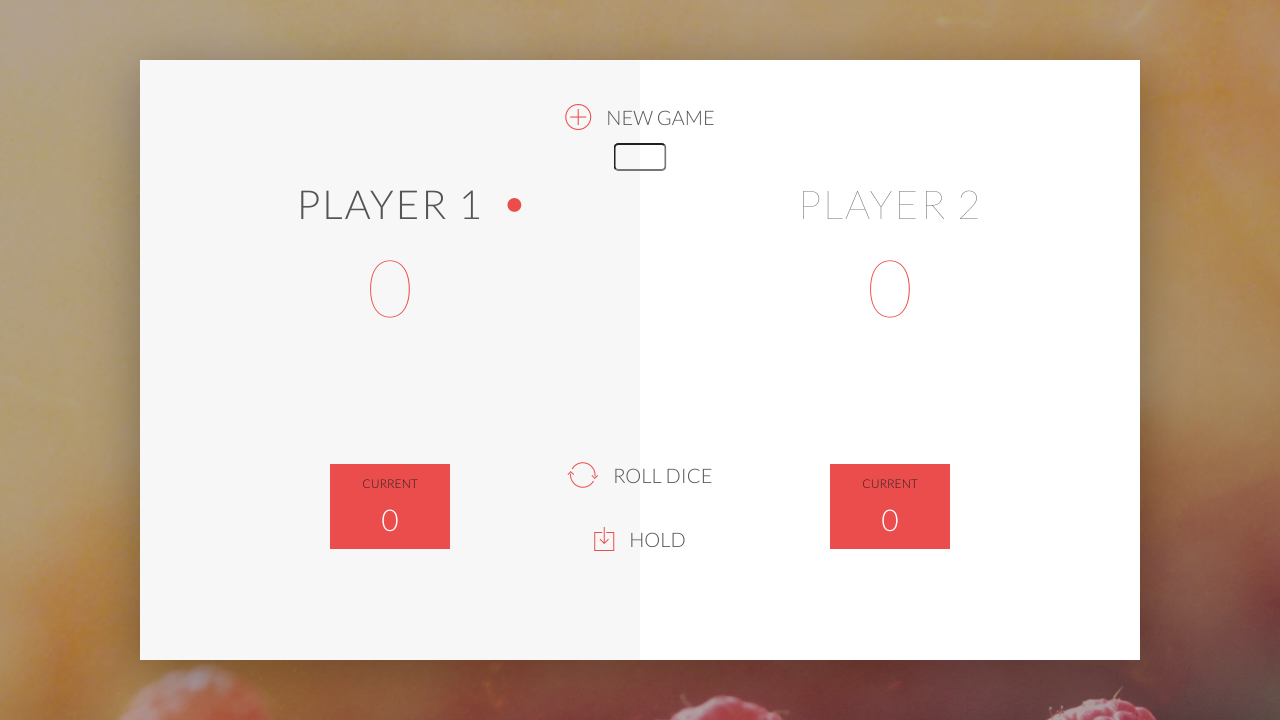
Repository: hexanek/hexanek.github.io
Page: pig-game/index.html
An editor plug-in stored every save of this project. The page is shown before and after the next save, followed by the edit.
The browser window is 1280 px wide. The pictures show the whole page.

Above is the page before, as saved 2019-12-18 21:01:43.

After the next save:
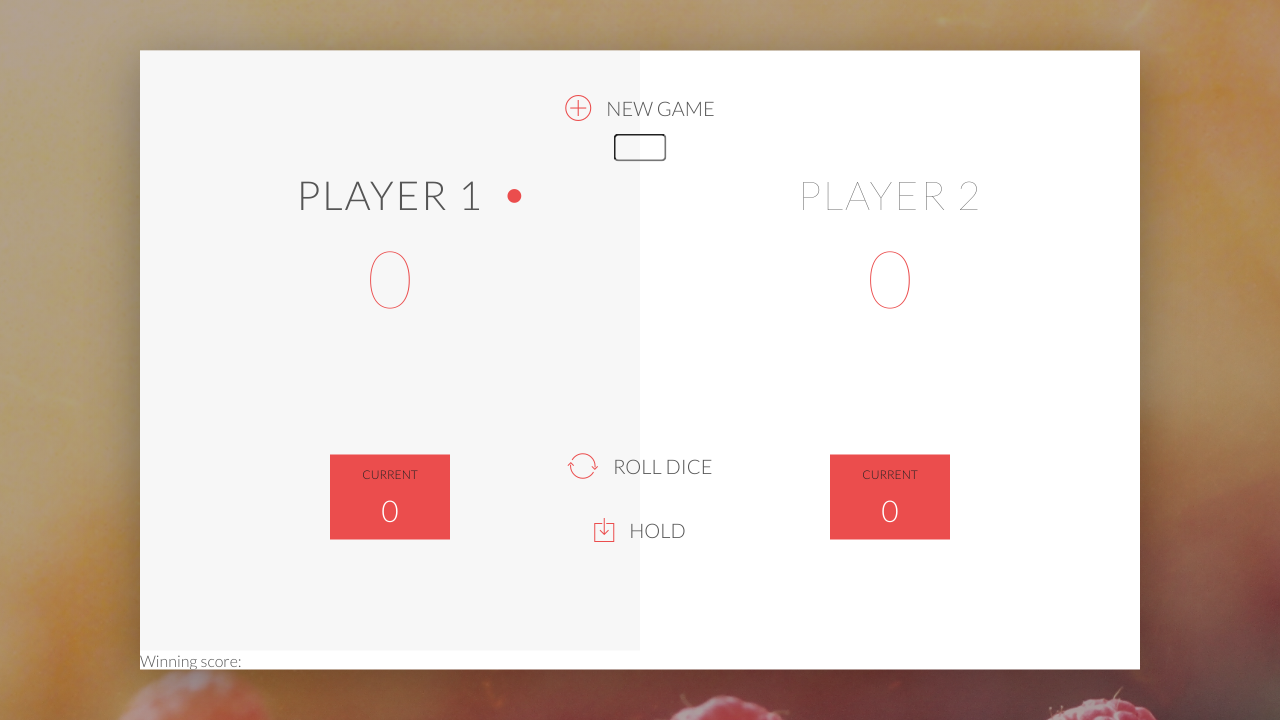
Saved 113 s later.
--- a/pig-game/index.html
+++ b/pig-game/index.html
@@ -32,8 +32,9 @@
             <button class="btn-new"><i class="ion-ios-plus-outline"></i>New game</button>
             <button class="btn-roll"><i class="ion-ios-loop"></i>Roll dice</button>
             <button class="btn-hold"><i class="ion-ios-download-outline"></i>Hold</button>
-            <input class="input-score" type="text" name="Winning score: " id="winScore">
-
+            <form action="#">
+            Winning score: <input class="input-score" type="text" name="WinningScore" id="winScore">
+            </form>
             <img src="dice-5.png" alt="Dice" class="dice">
         </div>
 

After the save that followed:
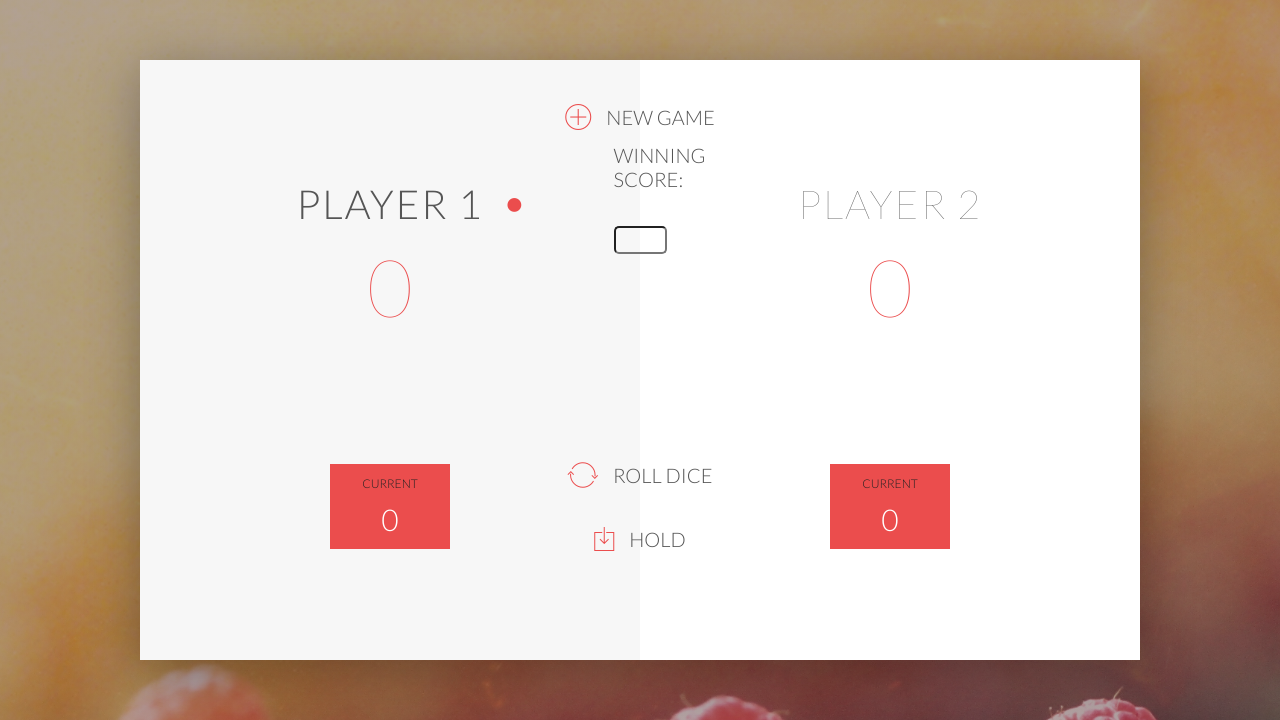
Saved 54 s later.
--- a/pig-game/index.html
+++ b/pig-game/index.html
@@ -32,7 +32,7 @@
             <button class="btn-new"><i class="ion-ios-plus-outline"></i>New game</button>
             <button class="btn-roll"><i class="ion-ios-loop"></i>Roll dice</button>
             <button class="btn-hold"><i class="ion-ios-download-outline"></i>Hold</button>
-            <form action="#">
+            <form action="#" class="input-score">
             Winning score: <input class="input-score" type="text" name="WinningScore" id="winScore">
             </form>
             <img src="dice-5.png" alt="Dice" class="dice">
